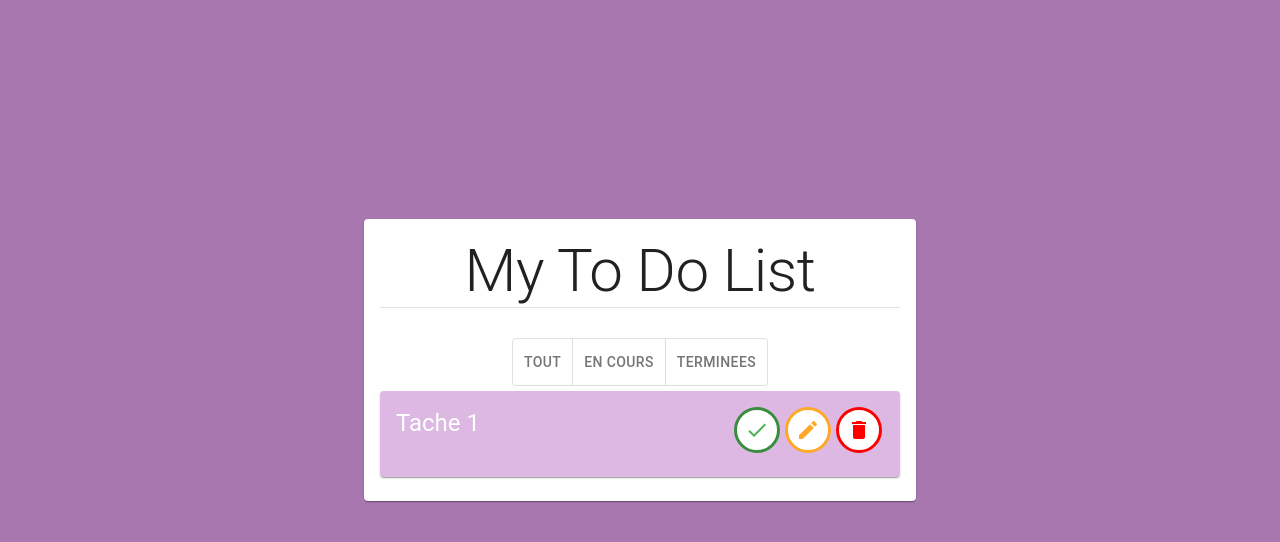
Repository: Fathiyasmine/Todo-list-project
Page: /
An editor plug-in stored every save of this project. The page is shown before and after the next save, followed by the edit.
The browser window is 1280 px wide. The pictures show the whole page.
The pointer rests on the first visible `.iconButton`.
The project was rebuilt for these pictures with package versions that can differ from the ones it lists, and the page was loaded fresh each time.

Above is the page before, as saved 2025-12-07 18:52:57.

After the next save:
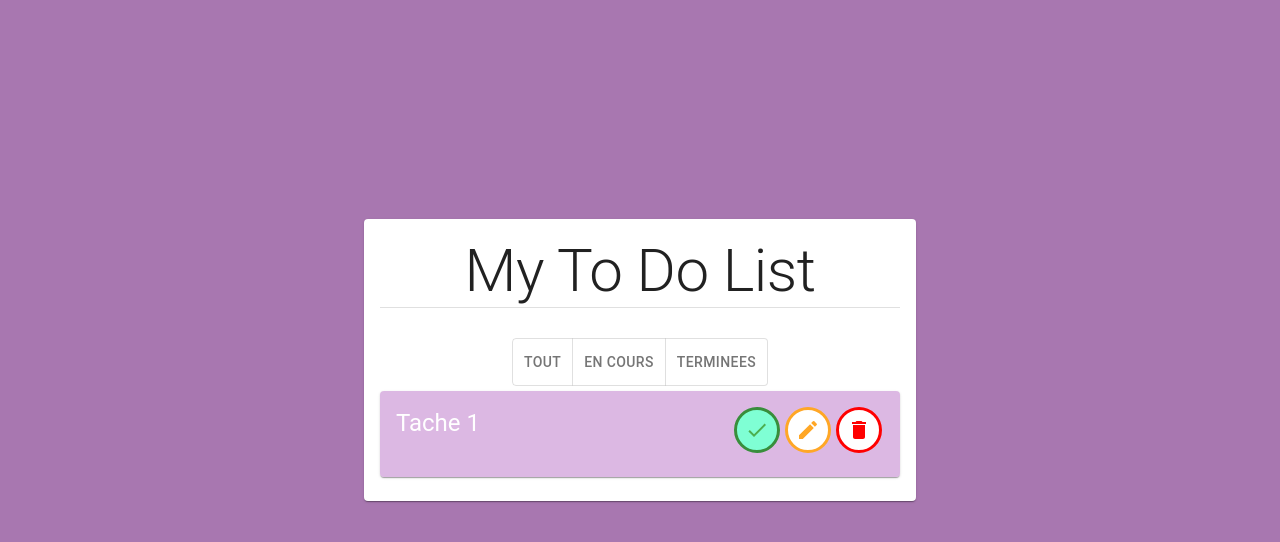
Saved 18 s later.
--- a/src/App.css
+++ b/src/App.css
@@ -37,5 +37,5 @@
   }
 }
 .iconButton:hover {
-  background-color: aquamarine;
+  background-color: aquamarine !important;
 }
